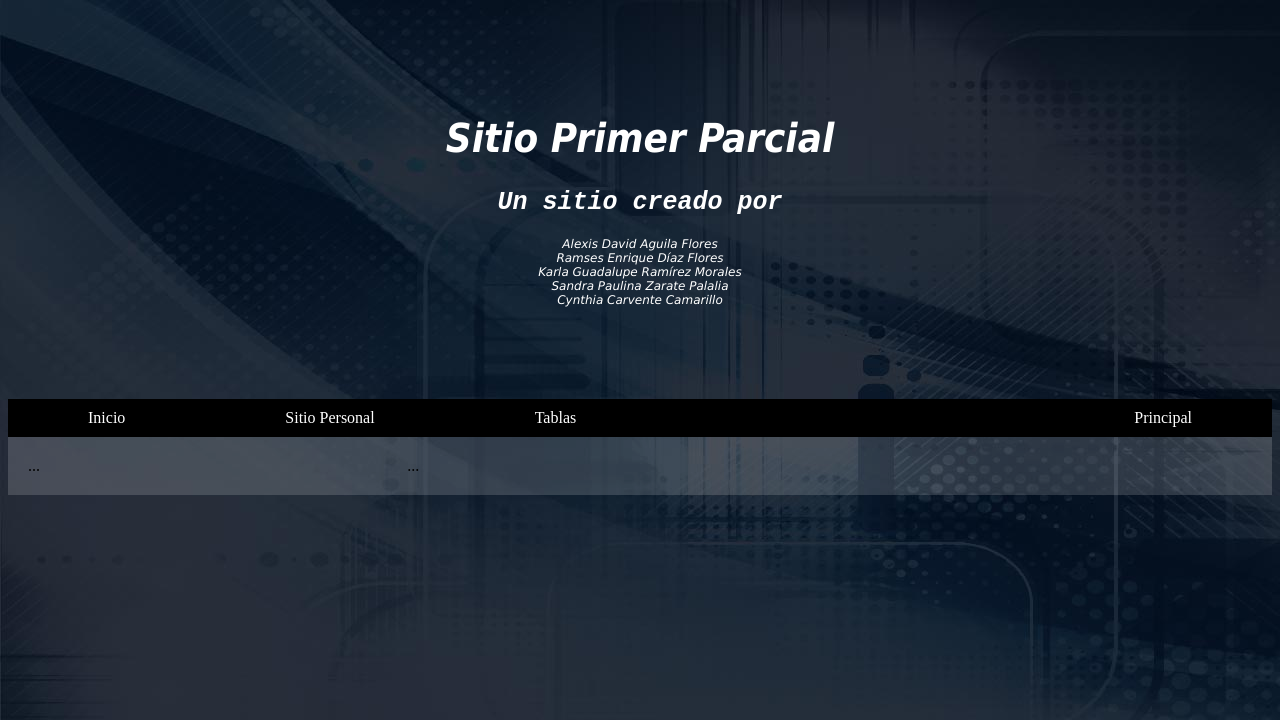
Repository: Dogueen/miniProyectoUniversidad
Page: miniProyecto/principal.html
An editor plug-in stored every save of this project. The page is shown before and after the next save, followed by the edit.
The browser window is 1280 px wide. The pictures show the whole page.

Above is the page before, as saved 2023-10-27 19:35:28.

After the next save:
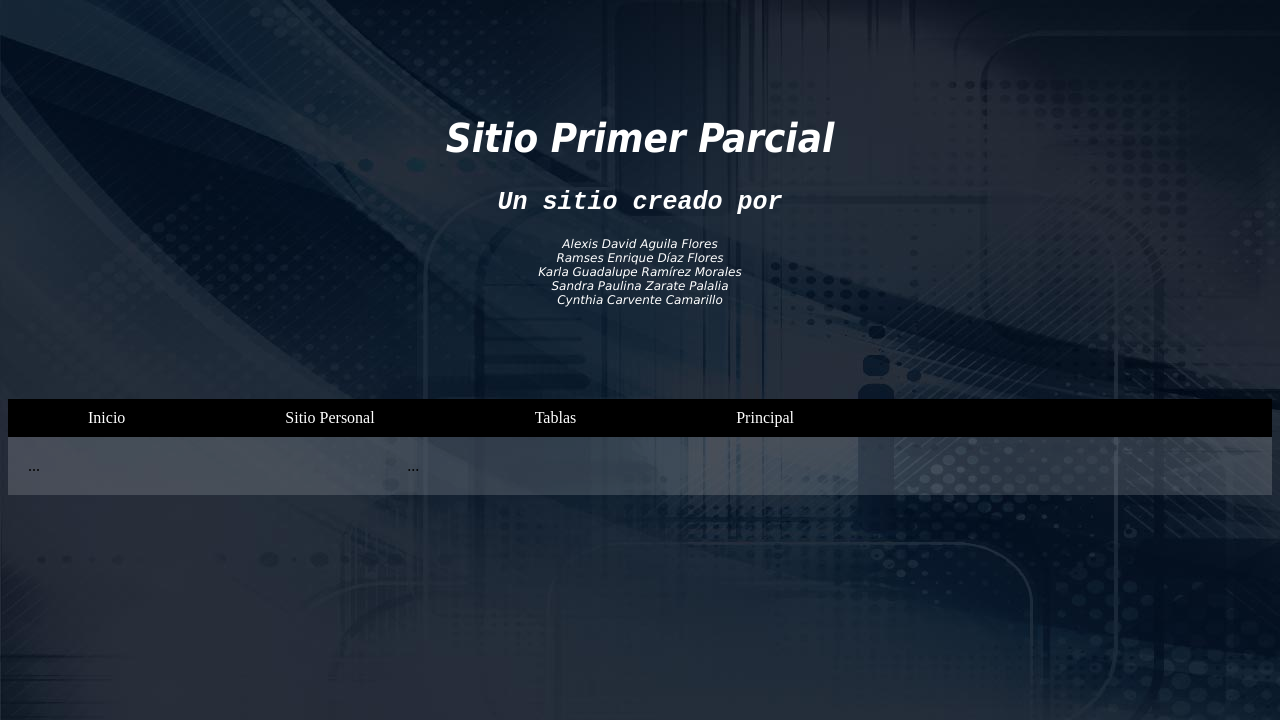
Saved 12 min 11 s later.
--- a/miniProyecto/principal.html
+++ b/miniProyecto/principal.html
@@ -29,7 +29,7 @@
         <a href="pages/inicio.html">Inicio</a>
         <a href="pages/personal.html">Sitio Personal</a>
         <a href="pages/tablas.html">Tablas</a>
-        <a href="principal.html" class="right">Principal</a>
+        <a href="principal.html" class="left">Principal</a>
     </div>
 
     <div class="row">
